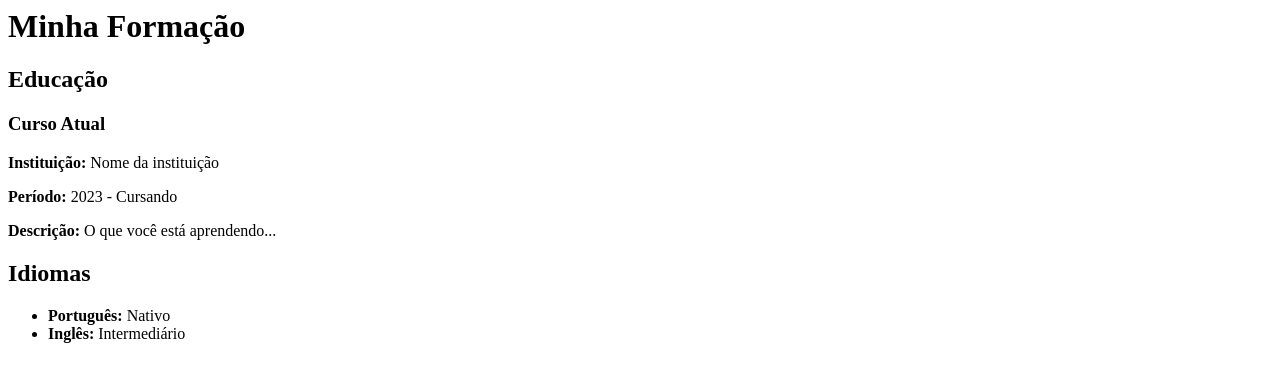
Repository: AnderHonorato/meu-portfolio
Page: formacao.html
These files come from the project's save history. The page is drawn as it stood at one moment and after the next save; the edit follows.
The browser window is 1280 px wide. The pictures show the whole page.

Above is the page before, as saved 2025-08-26 19:38:58.

After the next save:
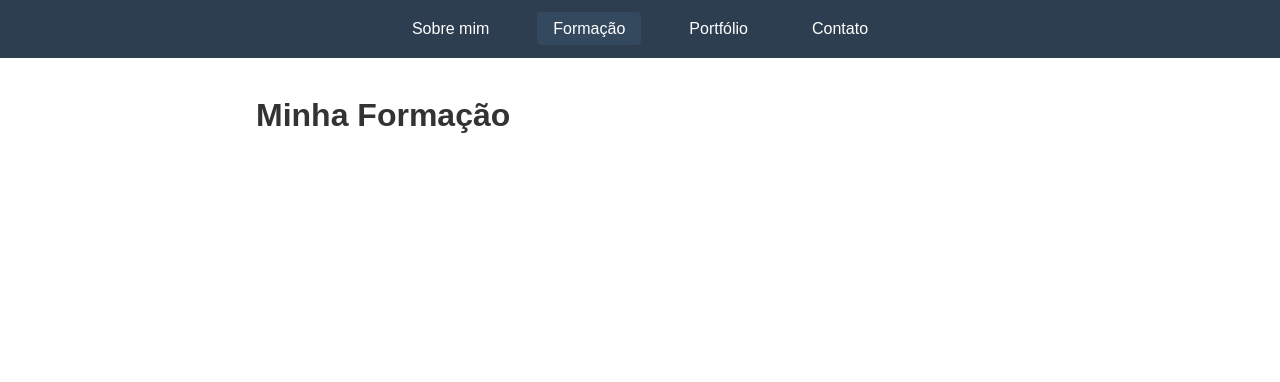
Saved 2 s later.
--- a/formacao.html
+++ b/formacao.html
@@ -1,28 +1,26 @@
-<main class="conteudo">
-    <h1>Minha Formação</h1>
+<!DOCTYPE html>
+<html lang="pt-br">
+<head>
+    <meta charset="UTF-8">
+    <meta name="viewport" content="width=device-width, initial-scale=1.0">
+    <title>Formação - Seu Nome</title>
+    <link rel="stylesheet" href="css/style.css">
+</head>
+<body>
+    <!-- MESMO MENU EM TODAS AS PÁGINAS -->
+    <nav class="menu">
+        <ul>
+            <li><a href="index.html">Sobre mim</a></li>
+            <li><a href="formacao.html" class="ativo">Formação</a></li>
+            <li><a href="portfolio.html">Portfólio</a></li>
+            <li><a href="contato.html">Contato</a></li>
+        </ul>
+    </nav>
 
-    <div class="formacao-secao">
-        <h2>Educação</h2>
-        <div class="item-formacao">
-            <h3>Curso Atual</h3>
-            <p><strong>Instituição:</strong> Nome da instituição</p>
-            <p><strong>Período:</strong> 2023 - Cursando</p>
-            <p><strong>Descrição:</strong> O que você está aprendendo...</p>
-        </div>
-
-        <!-- Adicione mais cursos se tiver -->
-    </div>
-
-    <div class="formacao-secao">
-        <h2>Idiomas</h2>
-        <ul class="lista-idiomas">
-            <li>
-                <strong>Português:</strong> Nativo
-            </li>
-            <li>
-                <strong>Inglês:</strong> Intermediário
-            </li>
-            <!-- Adicione outros idiomas -->
-        </ul>
-    </div>
-</main>
+    <!-- Só muda o conteúdo aqui -->
+    <main class="conteudo">
+        <h1>Minha Formação</h1>
+        <!-- Conteúdo específico da página -->
+    </main>
+</body>
+</html>
